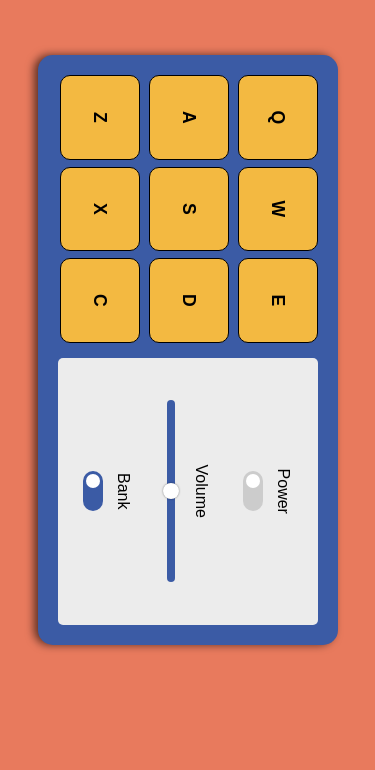
Repository: alfredoleano/drum-machine
Page: /
These files come from the project's save history. The page is drawn as it stood at one moment and after the next save; the edit follows.
The browser window is 375 px wide. The pictures show the whole page.
The project was rebuilt for these pictures with package versions that can differ from the ones it lists, and the page was loaded fresh each time.

Above is the page before, as saved 2024-06-14 13:47:36.

After the next save:
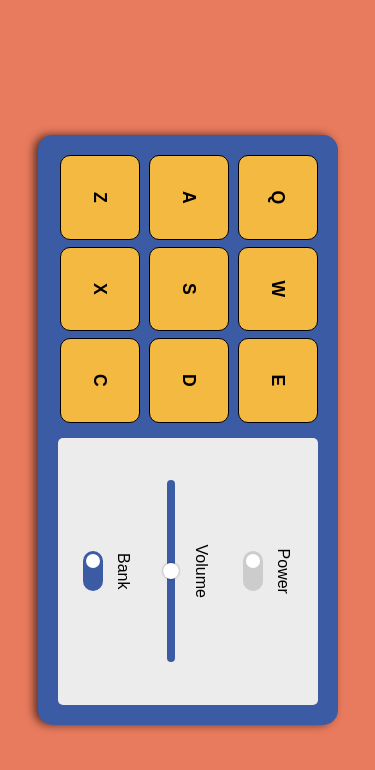
Saved 2 min 18 s later.
--- a/src/styles.scss
+++ b/src/styles.scss
@@ -257,10 +257,9 @@ input[type="range"]::-ms-track {
     position: absolute;
     width: 590px; /* Adjusted width to fit within viewport height when rotated */
     height: 80vw; /* Adjusted height to fit within viewport width when rotated */
-    // left: 50%; /* Centers the element horizontally */
-    // top: 50%;  /* Centers the element vertically */
-    transform: translateY(-50%) rotate(90deg); /* Adjusts positioning and rotates */
+    left: 50%; /* Centers the element horizontally */
+    top: 50%;  /* Centers the element vertically */
+    transform: translate(-50%, -50%) rotate(90deg); /* Adjusts positioning and rotates */
     transform-origin: center center;
-    top: 40%;
   }
 }
